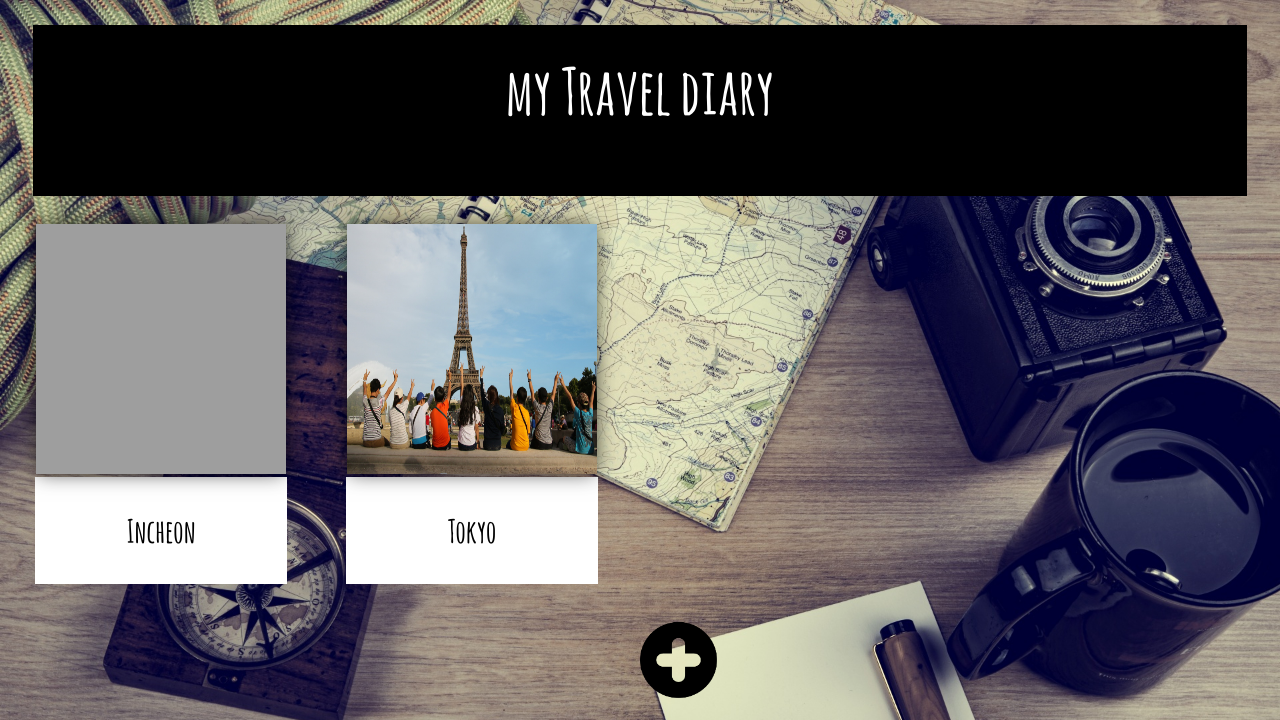
Repository: minkyung0421/jsp_travel_project
Page: http://localhost/Travel_Project/
An editor plug-in stored every save of this project. The page is shown before and after the next save, followed by the edit.
The browser window is 1280 px wide. The pictures show the whole page.
Pictures or frames that could not be fetched are drawn as grey boxes. The page is served by Tomcat 9. Other server files are loaded and not shown.

Above is the page before, as saved 2018-08-21 05:21:40.

### jsp_travel_project/Travel_Project/WebContent/index.jsp
<%@ page language="java" contentType="text/html; charset=EUC-KR"
    pageEncoding="EUC-KR"%>
<!DOCTYPE html PUBLIC "-//W3C//DTD HTML 4.01 Transitional//EN" "http://www.w3.org/TR/html4/loose.dtd">
<html>
<head>
<meta http-equiv="Content-Type" content="text/html; charset=EUC-KR">
<title>Insert title here</title>
</head>
<style>
@font-face{font-family: amaticsc-bold; src:url('font/AmaticSC-Bold.ttf')}

body{
	background-image: url(image/travel2.jpg);
	background-size: 100%;
}
table{
	display: inline;
}
.effect{
	display: inline-block;
	box-shadow: 0px 0px 20px -2px rgba(0,0,0,0.8);
}

.font{
	font-family: amaticsc-bold;
	font-size: 2em;
}

.font2{
	font-family: amaticsc-bold;
	font-size: 4em;
	color: white;
	margin-top: 2%;
}


</style>
<body>
<center>
	<div style = "background-color:black; margin: 2%; padding: 0.5px">
		<p class = "font2"> my Travel diary</p>
	</div>
</center>

<a style ="display:scroll; position:fixed; bottom:3%; left:50%;" href = "insertForm.jsp" title="맨위로">
	<img src = "image/add.png" width="15%" height="15%">
</a>


<table border = "0" style = "margin:2%">
	<tr>
		<td><img src = "image/1.jpg" width = "250" height = "250" class = "effect" id = "img1"></td>
	</tr>
	<tr height="10%" style = "background-color: white;">
		<td>
			<center><p class = "font">Incheon</p></center>
		</td>
	</tr>
</table>

<table border = "0" style = "margin:2%">
	<tr>
		<td><img src = "image/2.jpg" width = "250" height = "250" class = "effect" id = "img1"></td>
	</tr>
	<tr height="10%" style = "background-color: white;">
		<td>
			<center><p class = "font">Tokyo</p></center>
		</td>
	</tr>
</table>
</body>
</html>

After the next save:
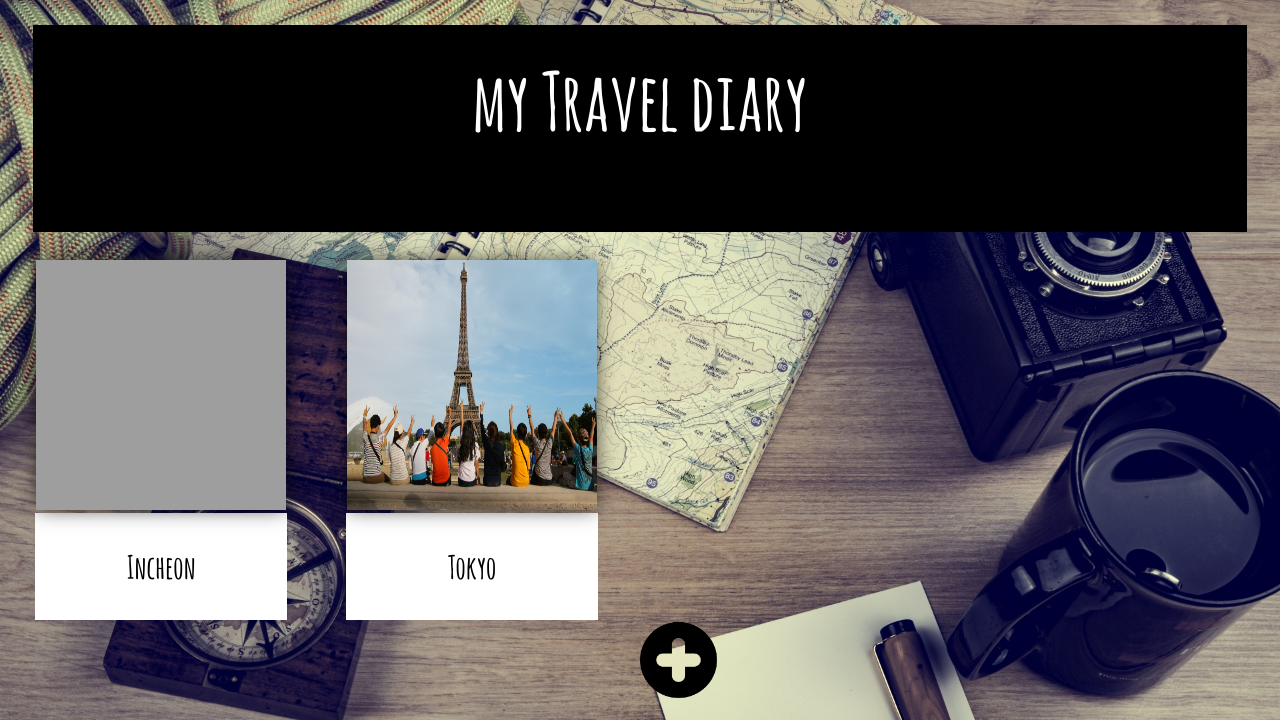
Saved 8 s later.
--- a/jsp_travel_project/Travel_Project/WebContent/index.jsp
+++ b/jsp_travel_project/Travel_Project/WebContent/index.jsp
@@ -28,7 +28,7 @@ table{
 
 .font2{
 	font-family: amaticsc-bold;
-	font-size: 4em;
+	font-size: 5em;
 	color: white;
 	margin-top: 2%;
 }
